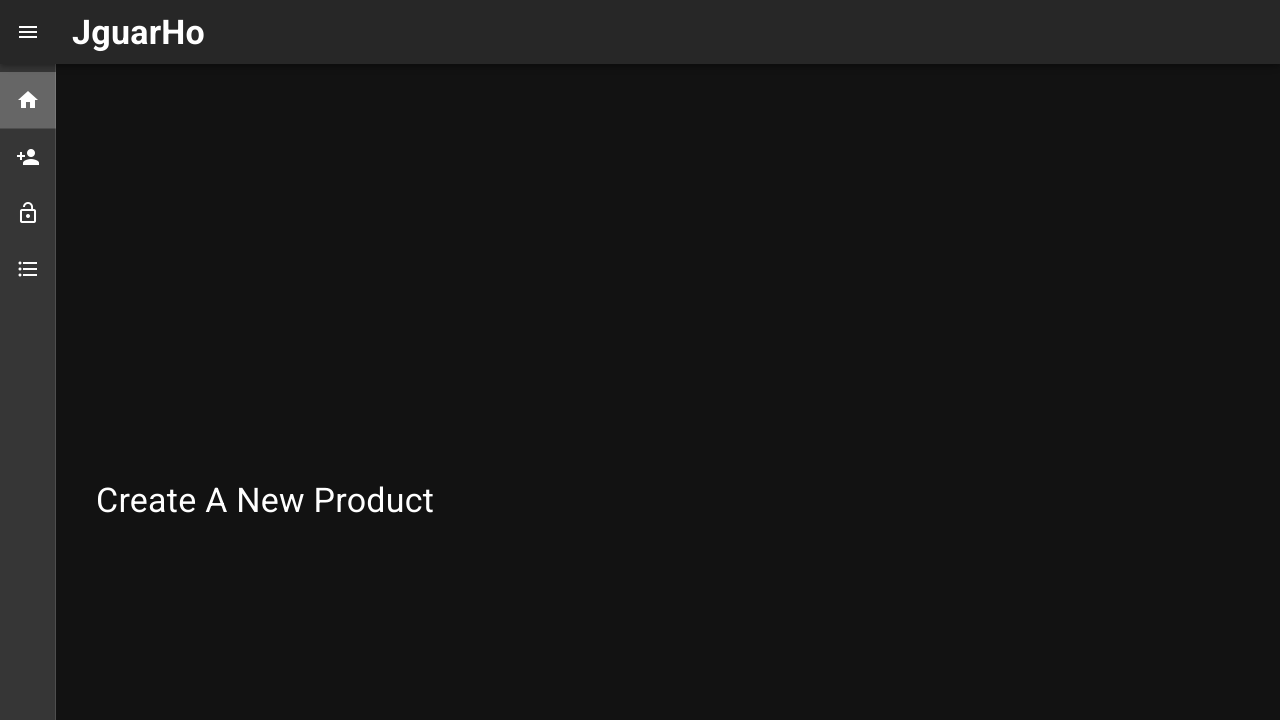
Repository: agent501/MRMS
Page: /
These files come from the project's save history. The page is drawn as it stood at one moment and after the next save; the edit follows.
The browser window is 1280 px wide. The pictures show the whole page.
The page's requests for data from a server got no answer. The project was rebuilt for these pictures with package versions that can differ from the ones it lists, and the page was loaded fresh each time. No one was signed in, and anything a server would have sent is missing. Also part of the build but not shown: vue.config.js, src/components/Product/products.vue, src/components/Product/product.vue, src/components/Product/createproduct.vue, src/components/User/signin.vue, src/components/User/signup.vue, src/components/User/profile.vue, src/components/Shared/Alert.vue and 2 more. Imported but missing from the stored project, and not drawn on this page: src/router/auth-guard.js.

Above is the page before, as saved 2020-07-29 16:37:27.

After the next save:
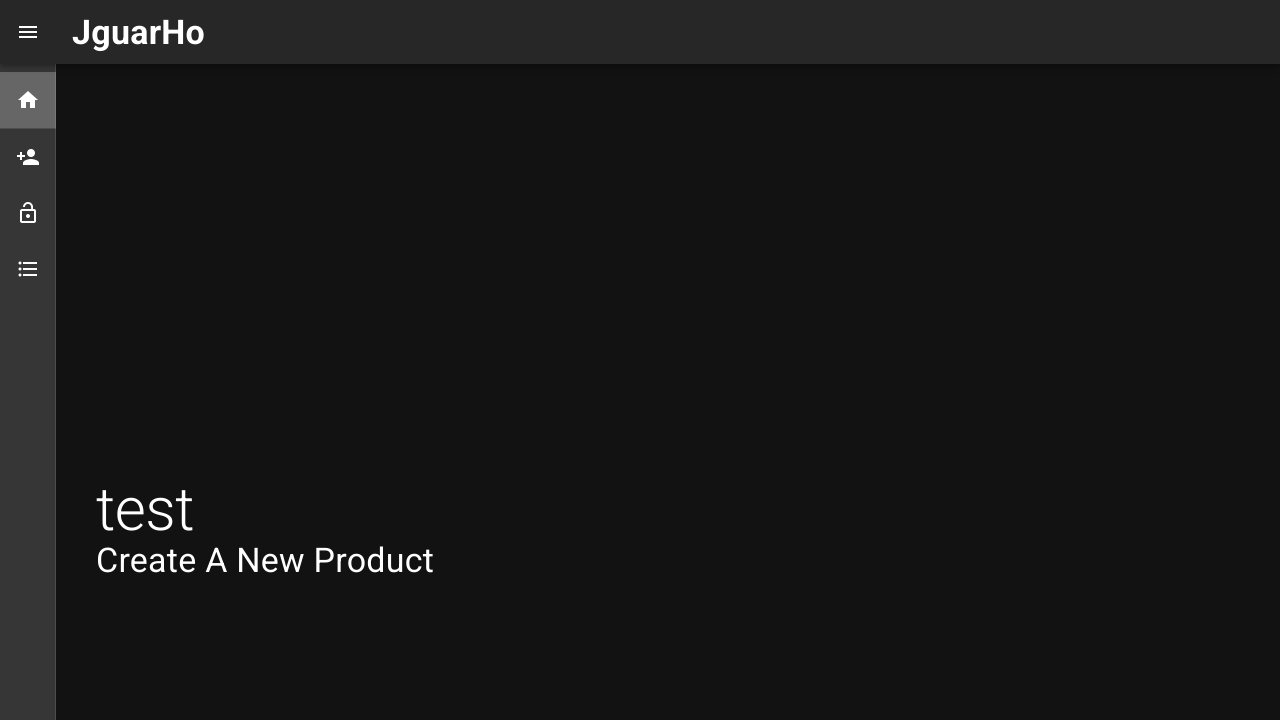
Saved 2 min 5 s later.
--- a/src/components/Home.vue
+++ b/src/components/Home.vue
@@ -34,6 +34,7 @@
     </v-carousel>
 
     <div>
+      <div class="text-h2">test</div>
       <p class="display-1 text-capitalize">create a new product</p>
     </div>
   </div>
